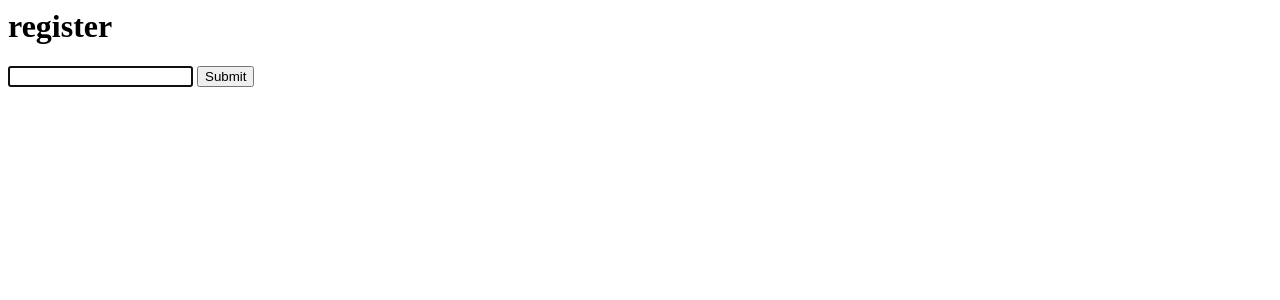
Repository: Abdaljawad-Aya/login-register-auth-validation-Django
Page: http://localhost/register/
The author's editor kept a copy of each file at every save. The page is drawn from the files as they stood at one save, then again after the next save.
The browser window is 1280 px wide. The pictures show the whole page.
The page is served by the project's application, run on Django 3.2 (project8/manage.py).

Above is the page before, as saved 2021-03-11 22:09:37.

After the next save:
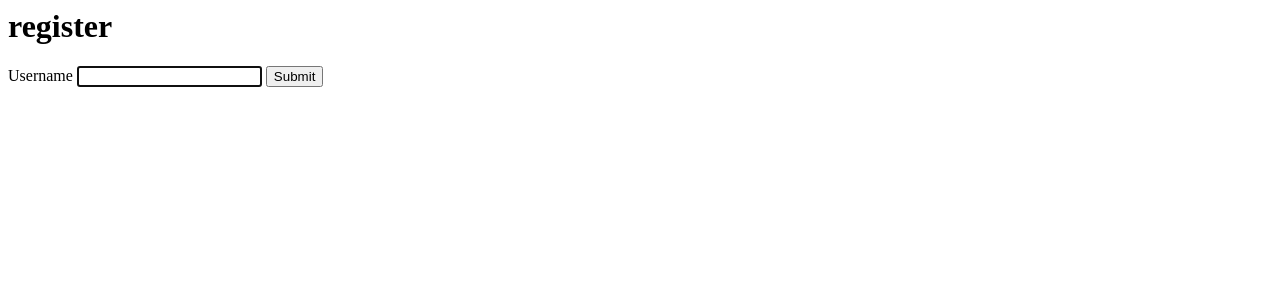
Saved 12 s later.
--- a/project8/project8/templates/register.html
+++ b/project8/project8/templates/register.html
@@ -3,6 +3,7 @@
 
 <form method="POST" action>
   {% csrf_token %}
+  {{form.username.label}}
   {{form.username}}
      <input type="submit" name="Create User">
 </form>
